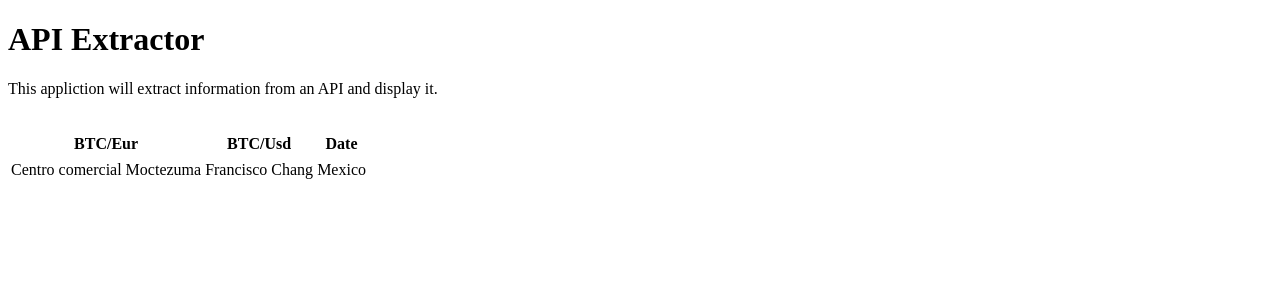
Repository: vxyux/api-extraction
Page: index.html
An editor plug-in stored every save of this project. The page is shown before and after the next save, followed by the edit.
The browser window is 1280 px wide. The pictures show the whole page.
The page's requests for data from a server got no answer.

Above is the page before, as saved 2023-09-05 10:29:27.

### index.html
<!DOCTYPE html>
<html lang="en">
<head>
  <meta charset="UTF-8">
  <meta name="viewport" content="width=device-width, initial-scale=1.0">
  <title>Document</title>
  <link rel="stylesheet" href="stylesheet.css">
  <script src="app.js"></script>
</head>
<body>
  <h1>API Extractor</h1>
  <p>This appliction will extract information from an API and display it.</p>

  <img src="" id="loading" alt="">

  <table>
  <tr>
    <th>BTC/Eur</th>
    <th>BTC/Usd</th>
    <th>Date</th>
  </tr>
  <tr>
    <td><div id="rate-eur"></div></td>
    <td><div id="rate-usd"></div></td>
    <td><div id="date"></div></td>
  </tr>
  <tr>
    <td>Centro comercial Moctezuma</td>
    <td>Francisco Chang</td>
    <td>Mexico</td>
  </tr>
</table>
</body>
</html>

### app.js
const api_url = 'https://api.coindesk.com/v1/bpi/currentprice.json';

async function getapi(url) {
  const response = await fetch(url);

  var data = await response.json();

  console.log(data.bpi.EUR.rate);

  if (response) {
    hideloader();
  }
  show(data);
}

getapi(api_url);

function hideloader() {
  document.getElementById('loading').style.display = 'none';
}

function show(data) {
  var rate = data.bpi.EUR.rate;

  document.getElementById('rate-eur').innerHTML =
    '<p>' + rate + '</p>';
}

Loaded but not shown: stylesheet.css (no copy from this time; the picture is the same without it)

After the next save:
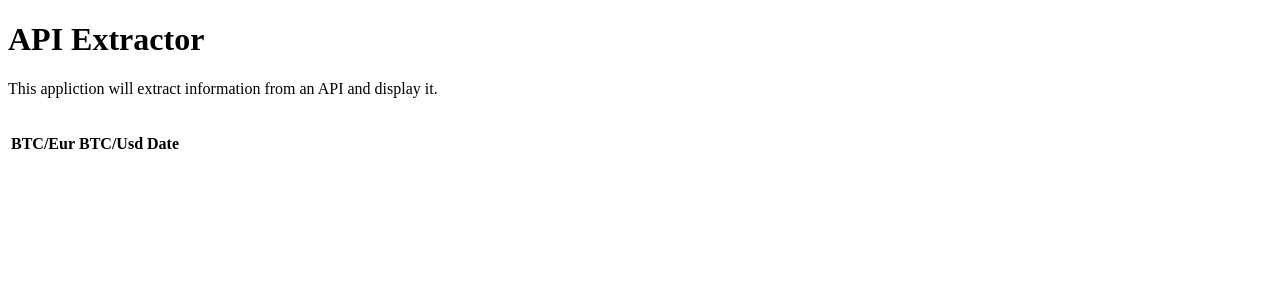
Saved 7 s later.
--- a/index.html
+++ b/index.html
@@ -24,11 +24,6 @@
     <td><div id="rate-usd"></div></td>
     <td><div id="date"></div></td>
   </tr>
-  <tr>
-    <td>Centro comercial Moctezuma</td>
-    <td>Francisco Chang</td>
-    <td>Mexico</td>
-  </tr>
 </table>
 </body>
 </html>
